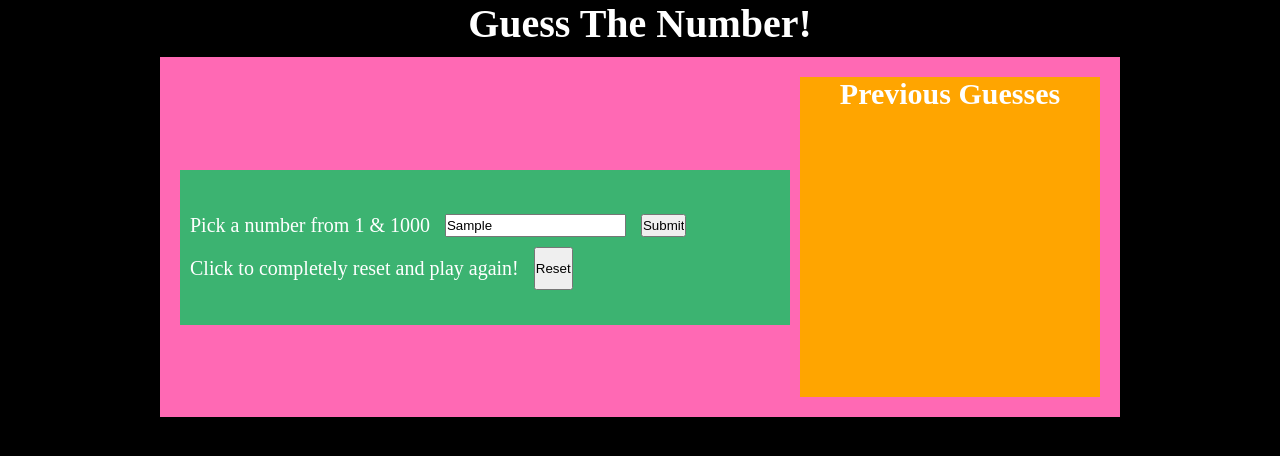
Repository: mlmEFSC21/P14-Guessing-Game
Page: guess.html
These files come from the project's save history. The page is drawn as it stood at one moment and after the next save; the edit follows.
The browser window is 1280 px wide. The pictures show the whole page.
Empty fields were first filled with sample values (such as "Sample", 5 or name@example.com).
After loading, the first visible `#resetBtn` was clicked once.

Above is the page before, as saved 2022-03-18 16:34:58.

### guess.html
<!DOCTYPE html>
<html lang="en">
    <head>
        <meta charset="UTF-8" />
        <meta http-equiv="X-UA-Compatible" content="IE=edge" />
        <meta name="viewport" content="width=device-width, initial-scale=1.0" />
        <link rel="stylesheet" href="guess.css" />
        <script src="guess.js" defer></script>
        <title>Guessing Game</title>
    </head>
    <body>
        <header>
            <h1 class="pageTitle">Guess The Number!</h1>
        </header>
        <section>
            <div class="gameContainer" id="container">
                <div class="results" id="results">
                    <form action="#" class="inputForm">
                        <label for="guessInput">Pick a number from 1 & 1000</label>
                        <input type="text" name="guessInput" id="guessInput" />
                        <input type="button" id="submitBtn" value="Submit" />
                        <label for="resetBtn">Click to completely reset and play again!</label>
                        <button type="button" id="resetBtn" value="Reset">Reset</button>
                    </form>
                </div>
                <div class="guessesContainer" id="guessesContainer">
                    <h2>Previous Guesses</h2>
                    <ul class="guesses" id="guessList"></ul>
                </div>
            </div>
        </section>
    </body>
</html>

### guess.css
*,
*::after,
*::before {
    box-sizing: border-box;
    margin: 0;
    padding: 0;
}
body {
    background-color: black;
    color: white;
    font-size: 1.25rem;
}
.pageTitle {
    text-align: center;
}
.gameContainer {
    background-color: hotpink;
    display: grid;
    max-width: 960px;
    height: 50vh;
    margin: 10px auto;
    padding: 20px;
    grid-template-columns: repeat(3, 1fr);
    grid-template-rows: repeat(4, 1fr);
    grid-auto-rows: minmax(200px, auto);
    gap: 10px;
    align-items: start;
    justify-content: center;
}
.results {
    background-color: mediumseagreen;
    display: flex;
    flex-direction: column-reverse;
    margin: 10px auto;
    padding: 10px;
    grid-column: 1/3;
    grid-row: 2 / 4;
    height: 100%;
    justify-content: center;
    align-items: center;
}
.inputForm {
    display: flex;
    flex-wrap: wrap;
}
label {
    margin-right: 15px;
    margin-block: 10px;
}
input {
    margin-right: 15px;
    margin-block: 10px;
}
.submitBtn {
    width: 200px;
}
.guessesContainer {
    background-color: orange;
    display: flex;
    flex-direction: column;
    height: 100%;
    grid-row: 1 / 5;
    align-items: center;
}

### guess.js
let randomNumber = Math.floor(Math.random() * 1000 + 1);
let guesses = [];

const guessInput = document.getElementById("guessInput");
const resultsDiv = document.getElementById("results");
const submitButton = document.getElementById("submitBtn");
const resetButton = document.getElementById("resetBtn");
const p = document.createElement("p");
const ul = document.getElementById("guessList");
const li = document.createElement("li");
const guessesContainer = document.getElementById("guessesContainer");
const h3 = document.createElement("h3");

//checks to see if the guess is higher, lower, or equal to
function checkGuess() {
    const currentGuess = Number(guessInput.value);
    if (currentGuess == randomNumber) {
        guesses.push(currentGuess);
        p.innerText = "Congratulations! You guessed the number!";
        resultsDiv.append(p);
        countGuesses();
    }
    if (currentGuess < randomNumber) {
        guesses.push(currentGuess);
        p.innerText = "Too low. Try again!";
        resultsDiv.append(p);
        trackGuesses();
    }
    if (currentGuess > randomNumber) {
        guesses.push(currentGuess);
        p.innerText = "Too high. Try again!";
        resultsDiv.append(p);
        trackGuesses();
    }
}
//tracks previous guess in a <ul>. Removes <li> and populates from guesses[] each time.
function trackGuesses() {
    while (ul.hasChildNodes()) {
        ul.removeChild(ul.firstChild);
    }
    for (i = 0; i <= guesses.length - 1; i++) {
        let li = document.createElement("li");
        li.innerText = guesses[i];
        ul.appendChild(li);
    }
}

//counts how many guesses. Uses array length.
function countGuesses() {
    let numOfGuesses = guesses.length;
    h3.innerText = `It took you ${numOfGuesses} guesses!`;
    guessesContainer.append(h3);
}
// creates a new random number for replay
function newRNG() {
    randomNumber = Math.floor(Math.random() * 10 + 1);
}
//resets the game completely.
function resetGame() {
    p.innerText = "";
    resultsDiv.append(p);
    while (ul.hasChildNodes()) {
        ul.removeChild(ul.firstChild);
    }
    guesses = [];
    newRNG();
}

submitButton.addEventListener("click", checkGuess);
resetButton.addEventListener("click", resetGame);
//logging random number for debugging. DELETE LATER
console.log(randomNumber);
console.log(guesses);

After the next save:
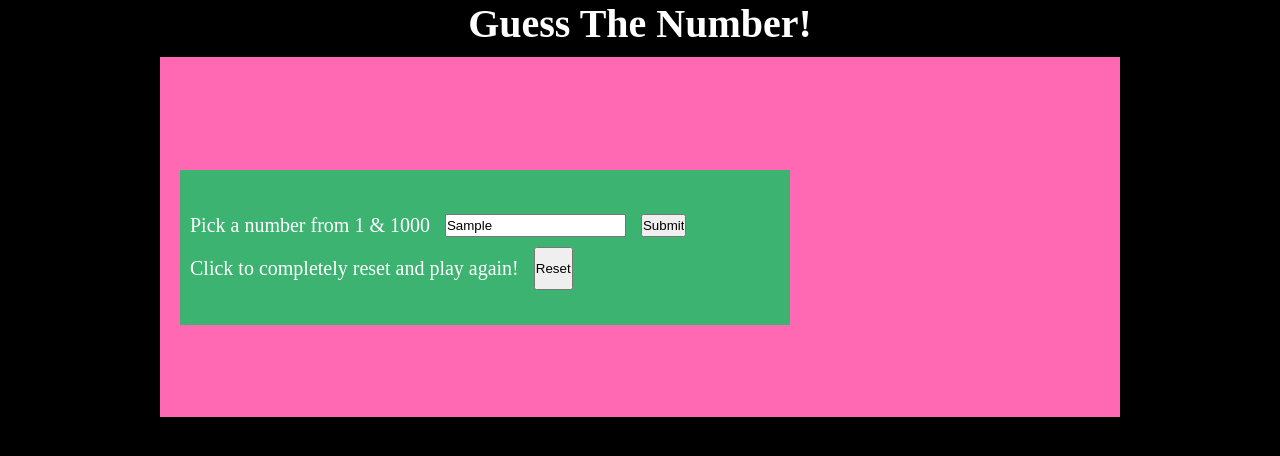
Saved 4 min 46 s later.
--- a/guess.js
+++ b/guess.js
@@ -62,6 +62,7 @@ function resetGame() {
     while (ul.hasChildNodes()) {
         ul.removeChild(ul.firstChild);
     }
+    guessesContainer.remove(h3);
     guesses = [];
     newRNG();
 }
